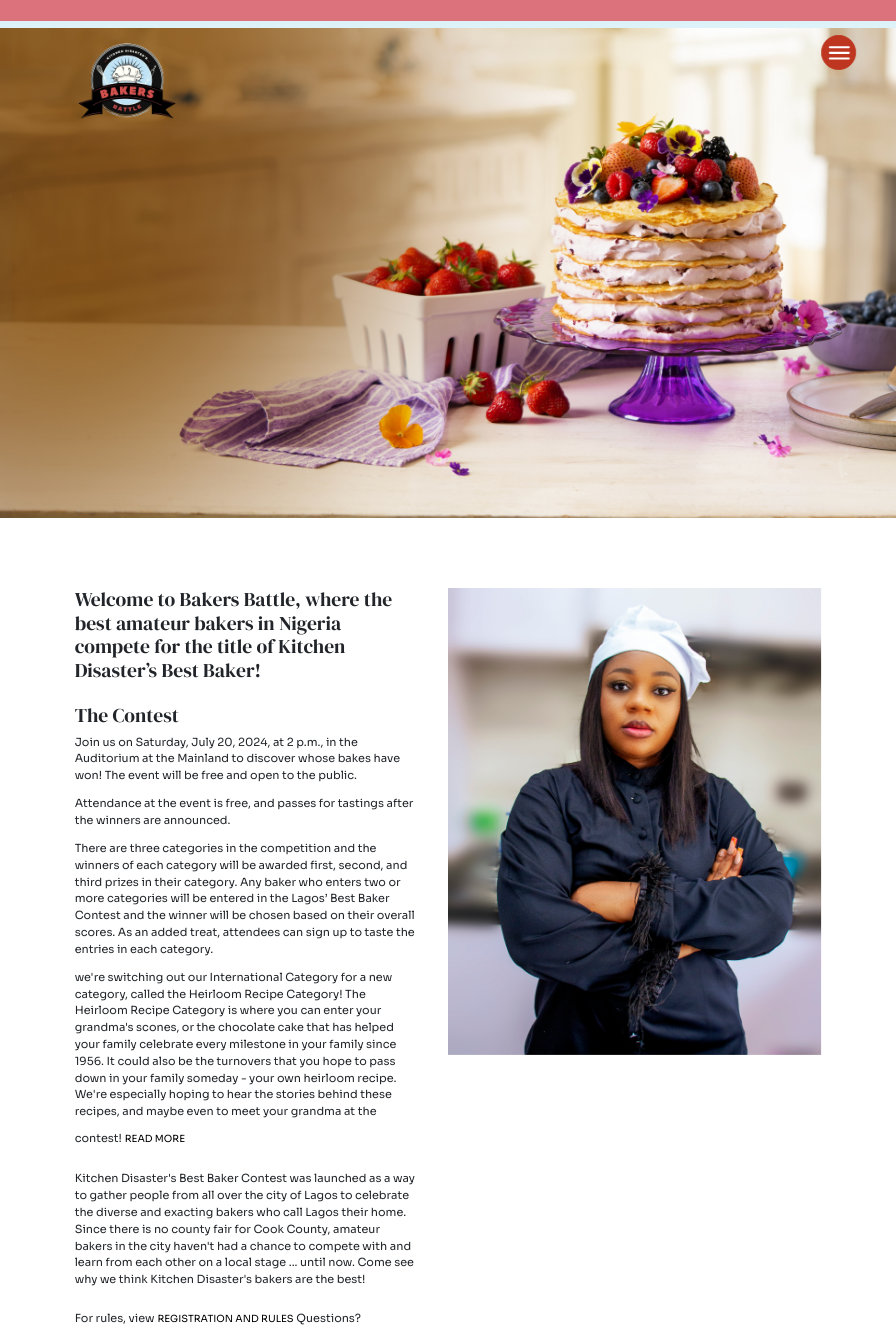
Repository: sarahnnanyelugo/bakers-battle
Page: /
An editor plug-in stored every save of this project. The page is shown before and after the next save, followed by the edit.
The browser window is 1280 px wide. The pictures show the part of the page from y = 0 to 1920 px (the page is 3792 px tall), at 70% of full size.
The project was rebuilt for these pictures with package versions that can differ from the ones it lists, and the page was loaded fresh each time. Also part of the build but not shown: src/components/ScreenSlide/slide.scss, src/components/ScreenSlide/ScreenSlide.js, src/components/Title.js, src/components/FAQAccord/faq-accord.scss, src/components/FAQAccord/FAQAccord.js, src/pages/FAQ/faq.scss, src/pages/FAQ/FAQ.js, src/pages/Registration/registration.scss and 9 more.

Above is the page before, as saved 2024-07-17 08:39:13.

After the next save:
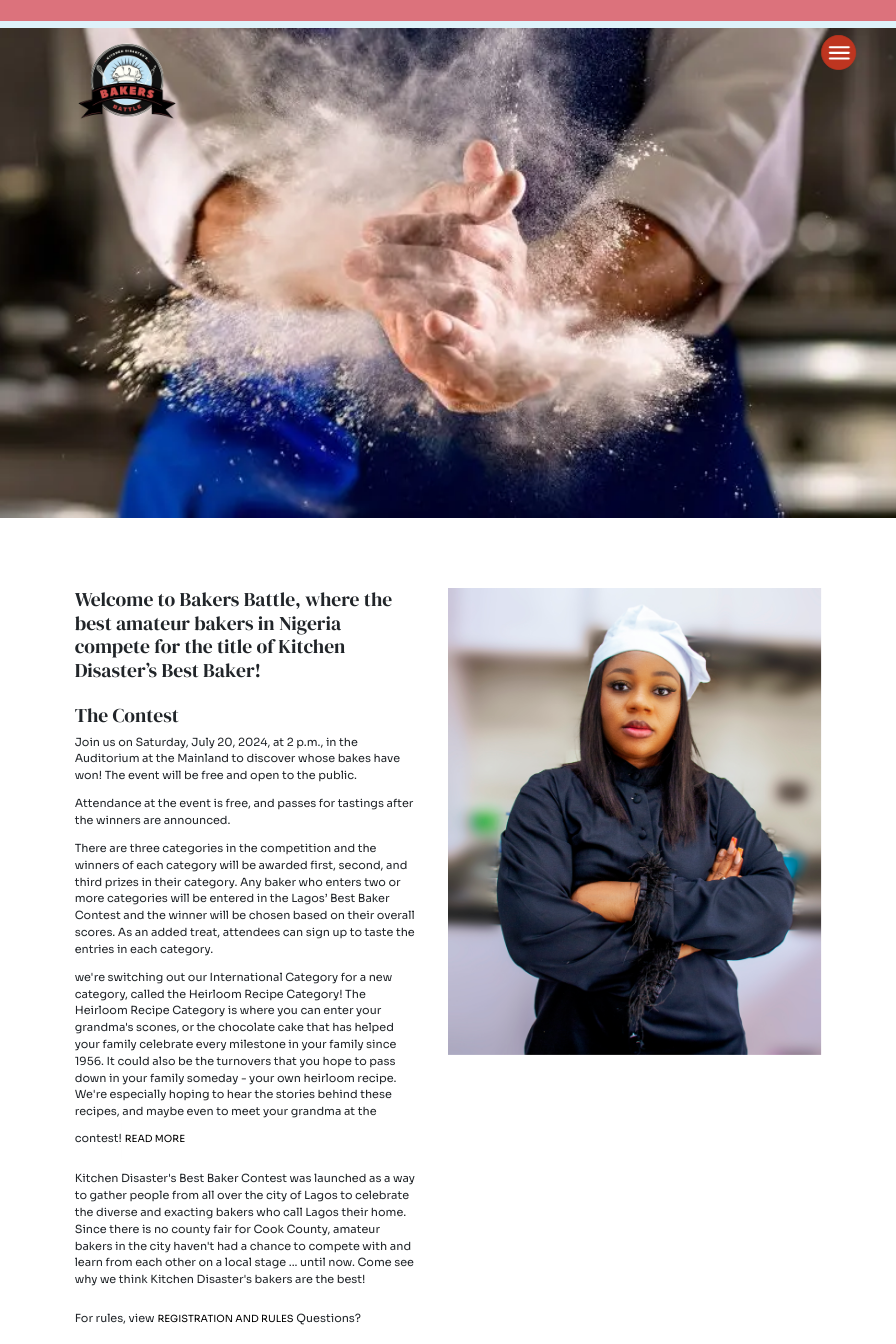
Saved 3 min 43 s later.
--- a/src/pages/Home/home.scss
+++ b/src/pages/Home/home.scss
@@ -1,7 +1,7 @@
 .home-div {
   height: 700px;
   //   background: url("../../assets/images/landing.webp");
-  background: url("../../assets/images/landing4.jpg");
+  background: url("../../assets/images/baker.webp");
   margin-top: -800px;
   background-size: cover;
   background-repeat: no-repeat;
